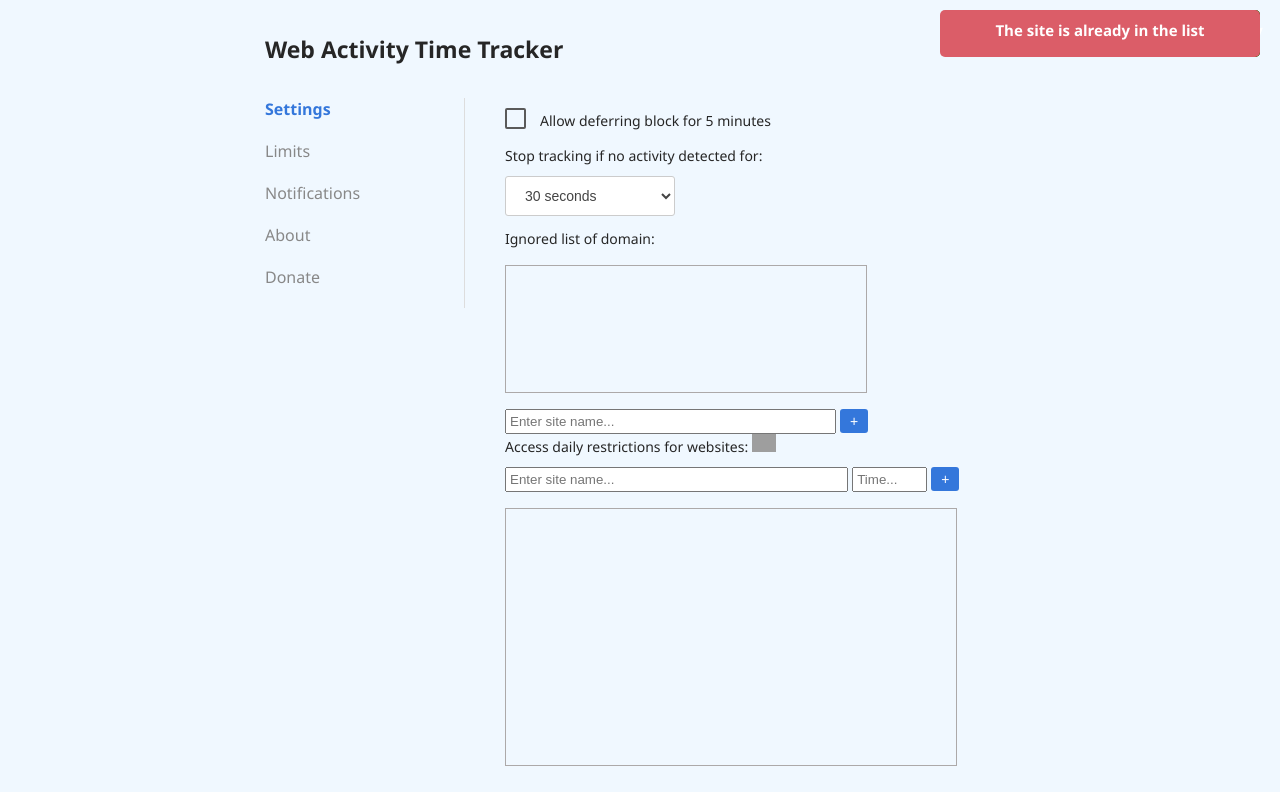
Repository: Inakhoyan/Lab-Project
Page: options.html
These files come from the project's save history. The page is drawn as it stood at one moment and after the next save; the edit follows.
The browser window is 1280 px wide. The pictures show the whole page.
Pictures or frames that could not be fetched are drawn as grey boxes.

Above is the page before, as saved 2022-11-19 01:01:52.
Console error: TypeError: Cannot read properties of null (reading 'addEventListener')

After the next save:
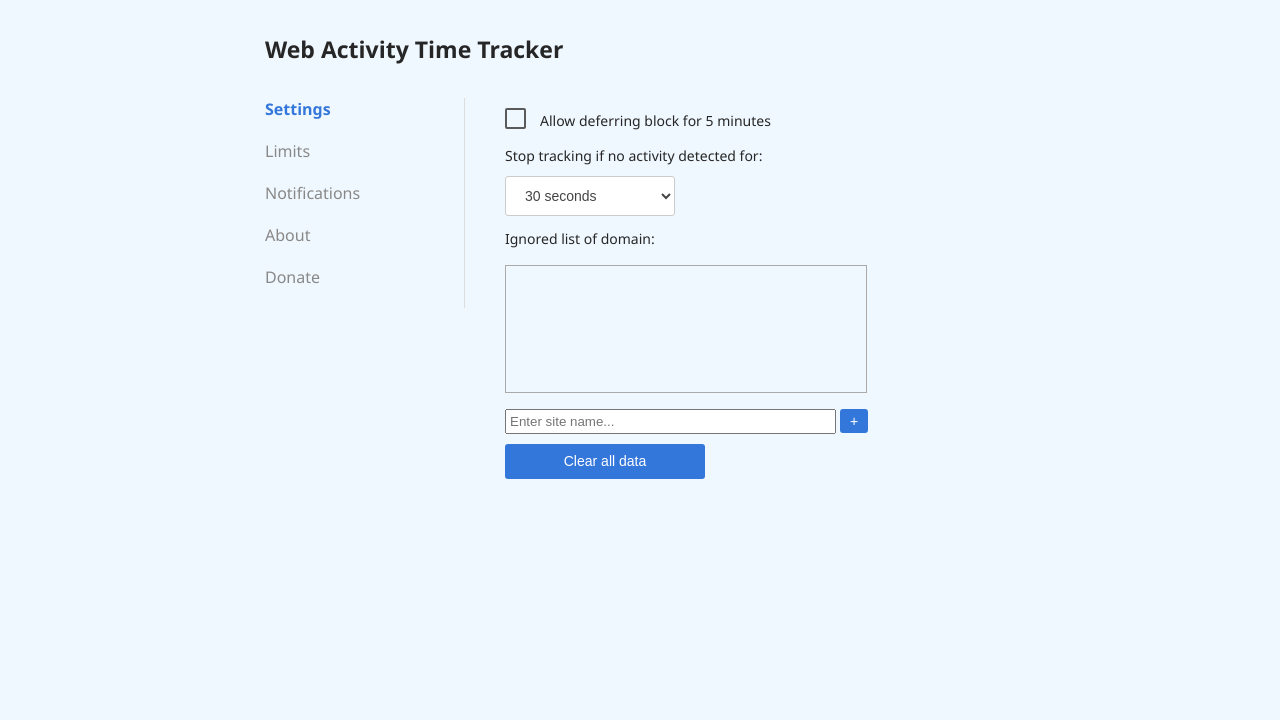
Saved 70 s later.
--- a/options.html
+++ b/options.html
@@ -74,10 +74,10 @@
                             </div>
                         </div>
 
-                        <div class="notify" id="notify-backup">
+                        <div class="notify" id="notify-backup" hidden="">
                             Backup completed successfully
                         </div>
-                        <div class="notify" id="notify-restore"
+                        <div class="notify" id="notify-restore" hidden="">
                             Restore completed successfully
                         </div>
                         <div class="notify warning" id="notify-restore-failed" hidden="">
@@ -85,13 +85,13 @@
                         </div>
 
                         </div>
-
-                        <div class="notify" id="notify">
+                        <div class="margin-top-10"><input type="button" value="Clear all data" id="clearAllData"></div>
+                        <div class="notify" id="notify" hidden="">
                             Data successfully deleted
                         </div>
                     </div>
                 </div>
-                <div id="restrictionsBlock">
+                <div id="restrictionsBlock" hidden="">
                     <label>Access daily restrictions for websites: </label>
                     <div class="tooltip"><img src="/icons/information.svg" height="18">
                         <span class="tooltiptext">Set the maximum time allowed on the site per day. After this time, has elapsed the site will be blocked.
@@ -107,7 +107,7 @@
                     <div class="margin-top-10">
                         <ul id="restrictionsList" class="listbox list" size="10"></ul>
                     </div>
-                    <div class="notify warning notify-width-300" id="notifyForRestrictionList">
+                    <div class="notify warning notify-width-300" id="notifyForRestrictionList" hidden="">
                         The site is already in the list
                     </div>
                 </div>
